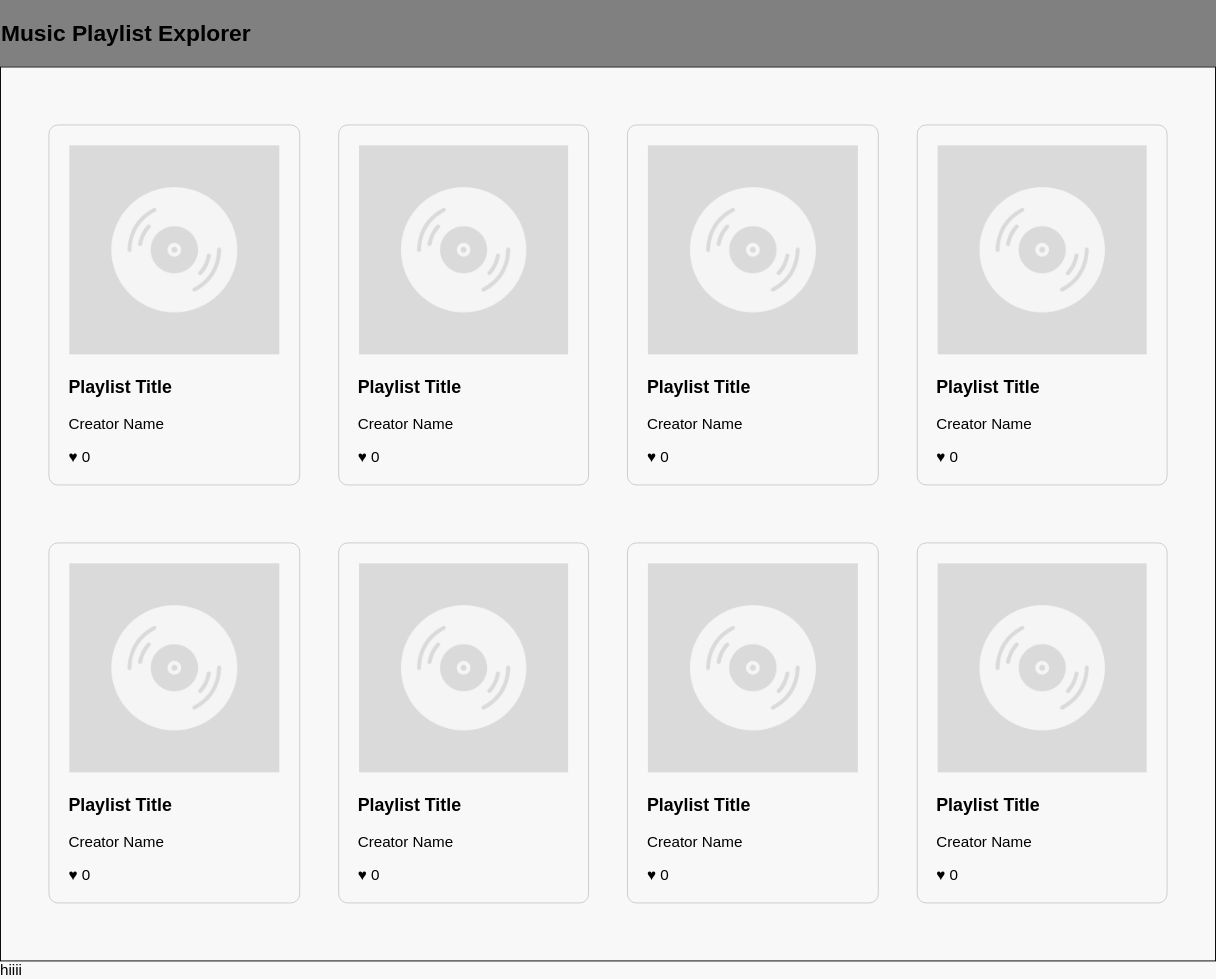
Repository: valentinaarojas/music-player-explorer
Page: index.html
The author's editor kept a copy of each file at every save. The page is drawn from the files as they stood at one save, then again after a run of saves.
The browser window is 1280 px wide. The pictures show the whole page, at 95% of full size.

Above is the page before, as saved 2025-02-19 16:25:29.
Console error: SyntaxError: Unexpected token '{'

### index.html
<!DOCTYPE html>
<html lang="en">
<head>
    <meta charset="UTF-8">
    <meta name="viewport" content="width=device-width, initial-scale=1.0">

    <title>Music Playlist Explorer</title>
    <link rel="icon" type="image/x-icon" href="/images/favicon.ico">

    <link rel="stylesheet" href="style.css">
</head>
<body>
    <header>
        <!-- Your header content here -->
        <div class="banner">
            <h2>Music Playlist Explorer</h2>
        </div>
    </header>

    <main>
        <!-- Your main content here -->
        <div class="playlist-cards">
            <!-- card 1 -->
            <div class="playlist-card">
                <div class="playlist-cover">
                    <img src="assets/img/playlist.png" alt="placeholder" style="width: 100%">
                </div>
                <div class="playlist-info">
                    <h3 class="playlist-title">Playlist Title</h3>
                    <p class="creator-info">Creator Name</p>
                    <div class="like-count">
                        <span>♥</span>
                        <span>0</span>
                    </div>
                </div>
            </div>
            <!-- card 2 -->
            <div class="playlist-card">
                <div class="playlist-cover">
                    <img src="assets/img/playlist.png" alt="placeholder" style="width: 100%">
                </div>
                <div class="playlist-info">
                    <h3 class="playlist-title">Playlist Title</h3>
                    <p class="creator-info">Creator Name</p>
                    <div class="like-count">
                        <span>♥</span>
                        <span>0</span>
                    </div>
                </div>
            </div>
            <!-- card 3 -->
            <div class="playlist-card">
                <div class="playlist-cover">
                    <img src="assets/img/playlist.png" alt="placeholder" style="width: 100%">
                </div>
                <div class="playlist-info">
                    <h3 class="playlist-title">Playlist Title</h3>
                    <p class="creator-info">Creator Name</p>
                    <div class="like-count">
                        <span>♥</span>
                        <span>0</span>
                    </div>
                </div>
            </div>
            <!-- card 4 -->
            <div class="playlist-card">
                <div class="playlist-cover">
                    <img src="assets/img/playlist.png" alt="placeholder" style="width: 100%">
                </div>
                <div class="playlist-info">
                    <h3 class="playlist-title">Playlist Title</h3>
                    <p class="creator-info">Creator Name</p>
                    <div class="like-count">
                        <span>♥</span>
                        <span>0</span>
                    </div>
                </div>
            </div>
            <!-- card 5 -->
            <div class="playlist-card">
                <div class="playlist-cover">
                    <img src="assets/img/playlist.png" alt="placeholder" style="width: 100%">
                </div>
                <div class="playlist-info">
                    <h3 class="playlist-title">Playlist Title</h3>
                    <p class="creator-info">Creator Name</p>
                    <div class="like-count">
                        <span>♥</span>
                        <span>0</span>
                    </div>
                </div>
            </div>
            <!-- card 6 -->
            <div class="playlist-card">
                <div class="playlist-cover">
                    <img src="assets/img/playlist.png" alt="placeholder" style="width: 100%">
                </div>
                <div class="playlist-info">
                    <h3 class="playlist-title">Playlist Title</h3>
                    <p class="creator-info">Creator Name</p>
                    <div class="like-count">
                        <span>♥</span>
                        <span>0</span>
                    </div>
                </div>
            </div>
             <!-- card 7 -->
             <div class="playlist-card">
                <div class="playlist-cover">
                    <img src="assets/img/playlist.png" alt="placeholder" style="width: 100%">
                </div>
                <div class="playlist-info">
                    <h3 class="playlist-title">Playlist Title</h3>
                    <p class="creator-info">Creator Name</p>
                    <div class="like-count">
                        <span>♥</span>
                        <span>0</span>
                    </div>
                </div>
            </div>
             <!-- card 8 -->
             <div class="playlist-card">
                <div class="playlist-cover">
                    <img src="assets/img/playlist.png" alt="placeholder" style="width: 100%">
                </div>
                <div class="playlist-info">
                    <h3 class="playlist-title">Playlist Title</h3>
                    <p class="creator-info">Creator Name</p>
                    <div class="like-count">
                        <span>♥</span>
                        <span>0</span>
                    </div>
                </div>
            </div>
        </div>
    </main>

    <footer>
        <!-- Your footer content here -->
        <div class="footer">
            hiiii
        </div>
    </footer>
    <script src="data/data.js"></script>
    <script src="script.js"></script>
</body>
</html>

### style.css
body {
    font-family: 'Arial', sans-serif;
    margin: 0;
    padding: 0;
    background-color: #f8f8f8;
}

.banner {
    background-color: grey;
    padding: 1px;
}

.playlist-cards {
    display: grid;
    grid-template-columns: repeat(4, 1fr);
    padding: 30px;
    border: 1px solid rgb(0, 0, 0);
}

.playlist-card {
    padding: 20px;
    margin: 30px 20px;
    border-radius: 10px;
    border: 1px solid #ccc;
}

.playlist-cover {
    padding: 1px;
}

### data/data.js
let data = { "playlists": [
    {
      "playlistID": 0,
      "playlist_name": "Late Night Drive",
      "playlist_creator": "Melody Maven",
      "playlist_art": "https://picsum.photos/id/36/200",
      "likeCount": 0,
      "songs": [
        {
          "songID": 0,
          "title": "Nightcall",
          "artist": "Kavinsky",
          "album": "Nightcall",
          "cover_art": "https://picsum.photos/id/43/200",
          "duration": "4:18"
        },
        {
          "songID": 1,
          "title": "Drive",
          "artist": "The Cars",
          "album": "Heartbeat City",
          "cover_art": "https://picsum.photos/id/45/200",
          "duration": "3:55"
        },
        {
          "songID": 2,
          "title": "Cruisin'",
          "artist": "Smokey Robinson",
          "album": "One Heartbeat",
          "cover_art": "https://picsum.photos/id/88/200",
          "duration": "4:30"
        },
        {
          "songID": 3,
          "title": "Night Moves",
          "artist": "Bob Seger",
          "album": "Night Moves",
          "cover_art": "https://picsum.photos/id/84/200",
          "duration": "5:25"
        },
        {
          "songID": 4,
          "title": "Moonlight Drive",
          "artist": "The Doors",
          "album": "Strange Days",
          "cover_art": "https://picsum.photos/id/122/200",
          "duration": "3:04"
        }
      ]
    },
    {
      "playlistID": 1,
      "playlist_name": "That Summer '16 Feeling",
      "playlist_creator": "Groove Guardian",
      "playlist_art": "https://picsum.photos/id/117/200",
      "likeCount": 10,
      "songs": [
        {
          "songID": 5,
          "title": "One Dance",
          "artist": "Drake",
          "album": "Views",
          "cover_art": "https://picsum.photos/id/21/200",
          "duration": "2:53"
        },
        {
          "songID": 6,
          "title": "Cheap Thrills",
          "artist": "Sia",
          "album": "This Is Acting",
          "cover_art": "https://picsum.photos/id/56/200",
          "duration": "3:31"
        },
        {
          "songID": 7,
          "title": "Don't Let Me Down",
          "artist": "The Chainsmokers ft. Daya",
          "album": "Collage",
          "cover_art": "https://picsum.photos/id/145/200",
          "duration": "3:28"
        },
        {
          "songID": 8,
          "title": "This Is What You Came For",
          "artist": "Calvin Harris ft. Rihanna",
          "album": "This Is What You Came For",
          "cover_art": "https://picsum.photos/id/160/200",
          "duration": "3:42"
        },
        {
          "songID": 9,
          "title": "Ride",
          "artist": "Twenty One Pilots",
          "album": "Blurryface",
          "cover_art": "https://picsum.photos/id/133/200",
          "duration": "3:34"
        }
      ]
    },
    {
      "playlistID": 2,
      "playlist_name": "Workout Beats",
      "playlist_creator": "Harmony Herald",
      "playlist_art": "https://picsum.photos/id/1077/200",
      "likeCount": 2,
      "songs": [
        {
          "songID": 10,
          "title": "Eye of the Tiger",
          "artist": "Survivor",
          "album": "Eye of the Tiger",
          "cover_art": "https://picsum.photos/id/593/200",
          "duration": "4:05"
        },
        {
          "songID": 11,
          "title": "Stronger",
          "artist": "Kanye West",
          "album": "Graduation",
          "cover_art": "https://picsum.photos/id/169/200",
          "duration": "5:12"
        },
        {
          "songID": 12,
          "title": "Lose Yourself",
          "artist": "Eminem",
          "album": "8 Mile Soundtrack",
          "cover_art": "https://picsum.photos/id/171/200",
          "duration": "5:26"
        },
        {
          "songID": 13,
          "title": "Uptown Funk",
          "artist": "Mark Ronson ft. Bruno Mars",
          "album": "Uptown Special",
          "cover_art": "https://picsum.photos/id/274/200",
          "duration": "4:30"
        },
        {
          "songID": 14,
          "title": "Can't Stop the Feeling!",
          "artist": "Justin Timberlake",
          "album": "Trolls (Original Motion Picture Soundtrack)",
          "cover_art": "https://picsum.photos/id/304/200",
          "duration": "3:56"
        }
      ]
    },
    {
      "playlistID": 3,
      "playlist_name": "Road Trip Anthems",
      "playlist_creator": "Playlist Pioneer",
      "playlist_art": "https://picsum.photos/id/314/200",
      "likeCount": 5,
      "songs": [
        {
          "songID": 15,
          "title": "Life Is a Highway",
          "artist": "Tom Cochrane",
          "album": "Mad Mad World",
          "cover_art": "https://picsum.photos/id/352/200",
          "duration": "4:26"
        },
        {
          "songID": 16,
          "title": "Born to Run",
          "artist": "Bruce Springsteen",
          "album": "Born to Run",
          "cover_art": "https://picsum.photos/id/361/200",
          "duration": "4:30"
        },
        {
          "songID": 17,
          "title": "Take It Easy",
          "artist": "Eagles",
          "album": "Eagles",
          "cover_art": "https://picsum.photos/id/365/200",
          "duration": "3:31"
        },
        {
          "songID": 18,
          "title": "Route 66",
          "artist": "Chuck Berry",
          "album": "Get Your Kicks on Route 66",
          "cover_art": "https://picsum.photos/id/371/200",
          "duration": "2:53"
        },
        {
          "songID": 19,
          "title": "On the Road Again",
          "artist": "Willie Nelson",
          "album": "Honeysuckle Rose",
          "cover_art": "https://picsum.photos/id/382/200",
          "duration": "2:33"
        }
      ]
    },
    {
      "playlistID": 4,
      "playlist_name": "Boss Chick Energy",
      "playlist_creator": "Tempo Tactician",
      "playlist_art": "https://picsum.photos/id/449/200",
      "likeCount": 0,
      "songs": [
        {
          "songID": 20,
          "title": "Run the World (Girls)",
          "artist": "Beyoncé",
          "album": "4",
          "cover_art": "https://picsum.photos/id/550/200",
          "duration": "3:56"
        },
        {
          "songID": 21,
          "title": "I'm Every Woman",
          "artist": "Chaka Khan",
          "album": "Chaka",
          "cover_art": "https://picsum.photos/id/646/200",
          "duration": "4:07"
        },
        {
          "songID": 22,
          "title": "Independent Women, Pt. 1",
          "artist": "Destiny's Child",
          "album": "Survivor",
          "cover_art": "https://picsum.photos/id/660/200",
          "duration": "3:41"
        },
        {
          "songID": 23,
          "title": "Confident",
          "artist": "Demi Lovato",
          "album": "Confident",
          "cover_art": "https://picsum.photos/id/680/200",
          "duration": "3:25"
        },
        {
          "songID": 24,
          "title": "Feeling Myself",
          "artist": "Nicki Minaj ft. Beyoncé",
          "album": "The Pinkprint",
          "cover_art": "https://picsum.photos/id/822/200",
          "duration": "3:57"
        }
      ]
    },
    {
      "playlistID": 5,
      "playlist_name": "Rainy Nights",
      "playlist_creator": "Sonic Sage",
      "playlist_art": "https://picsum.photos/id/115/200",
      "likeCount": 24,
      "songs": [
        {
          "songID": 25,
          "title": "Purple Rain",
          "artist": "Prince",
          "album": "Purple Rain",
          "cover_art": "https://picsum.photos/id/123/200",
          "duration": "8:41"
        },
        {
          "songID": 26,
          "title": "November Rain",
          "artist": "Guns N' Roses",
          "album": "Use Your Illusion I",
          "cover_art": "https://picsum.photos/id/171/200",
          "duration": "8:57"
        },
        {
          "songID": 27,
          "title": "Riders on the Storm",
          "artist": "The Doors",
          "album": "L.A. Woman",
          "cover_art": "https://picsum.photos/id/172/200",
          "duration": "7:14"
        },
        {
          "songID": 28,
          "title": "I Can't Stand the Rain",
          "artist": "Ann Peebles",
          "album": "I Can't Stand the Rain",
          "cover_art": "https://picsum.photos/id/178/200",
          "duration": "2:31"
        },
        {
          "songID": 29,
          "title": "Set Fire to the Rain",
          "artist": "Adele",
          "album": "21",
          "cover_art": "https://picsum.photos/id/680/200",
          "duration": "4:02"
        }
      ]
    },
    {
      "playlistID": 6,
      "playlist_name": "90's R&B",
      "playlist_creator": "Vinyl Virtuoso",
      "playlist_art": "https://picsum.photos/id/815/200",
      "likeCount": 3,
      "songs": [
        {
          "songID": 30,
          "title": "No Diggity",
          "artist": "Blackstreet ft. Dr. Dre",
          "album": "Another Level",
          "cover_art": "https://picsum.photos/id/856/200",
          "duration": "5:06"
        },
        {
          "songID": 31,
          "title": "Waterfalls",
          "artist": "TLC",
          "album": "CrazySexyCool",
          "cover_art": "https://picsum.photos/id/871/200",
          "duration": "4:39"
        },
        {
          "songID": 32,
          "title": "Creep",
          "artist": "TLC",
          "album": "CrazySexyCool",
          "cover_art": "https://picsum.photos/id/891/200",
          "duration": "4:29"
        },
        {
          "songID": 33,
          "title": "On Bended Knee",
          "artist": "Boyz II Men",
          "album": "II",
          "cover_art": "https://picsum.photos/id/1013/200",
          "duration": "4:05"
        },
        {
          "songID": 34,
          "title": "Fantasy",
          "artist": "Mariah Carey",
          "album": "Daydream",
          "cover_art": "https://picsum.photos/id/1014/200",
          "duration": "4:04"
        }
      ]
    },
    {
      "playlistID": 7,
      "playlist_name": "Nothing But The Classics",
      "playlist_creator": "Melody Maven",
      "playlist_art": "https://picsum.photos/id/22/200",
      "likeCount": 3,
      "songs": [
        {
          "songID": 35,
          "title": "Bohemian Rhapsody",
          "artist": "Queen",
          "album": "A Night at the Opera",
          "cover_art": "https://picsum.photos/id/39/200",
          "duration": "5:55"
        },
        {
          "songID": 36,
          "title": "Hotel California",
          "artist": "Eagles",
          "album": "Hotel California",
          "cover_art": "https://picsum.photos/id/57/200",
          "duration": "6:30"
        },
        {
          "songID": 37,
          "title": "Stairway to Heaven",
          "artist": "Led Zeppelin",
          "album": "Led Zeppelin IV",
          "cover_art": "https://picsum.photos/id/221/200",
          "duration": "8:02"
        },
        {
          "songID": 38,
          "title": "Sweet Child o' Mine",
          "artist": "Guns N' Roses",
          "album": "Appetite for Destruction",
          "cover_art": "https://picsum.photos/id/822/200",
          "duration": "5:55"
        },
        {
          "songID": 39,
          "title": "Imagine",
          "artist": "John Lennon",
          "album": "Imagine",
          "cover_art": "https://picsum.photos/id/823/200",
          "duration": "3:04"
        }
      ]
    },
    {
      "playlistID": 8,
      "playlist_name": "Ohh That Baseline",
      "playlist_creator": "Bassline Buddy",
      "playlist_art": "https://picsum.photos/id/836/200",
      "likeCount": 0,
      "songs": [
        {
          "songID": 40,
          "title": "Another One Bites the Dust",
          "artist": "Queen",
          "album": "The Game",
          "cover_art": "https://picsum.photos/id/839/200",
          "duration": "3:36"
        },
        {
          "songID": 41,
          "title": "Billie Jean",
          "artist": "Michael Jackson",
          "album": "Thriller",
          "cover_art": "https://picsum.photos/id/903/200",
          "duration": "4:54"
        },
        {
          "songID": 42,
          "title": "Superstition",
          "artist": "Stevie Wonder",
          "album": "Talking Book",
          "cover_art": "https://picsum.photos/id/978/200",
          "duration": "4:26"
        },
        {
          "songID": 43,
          "title": "Smooth Criminal",
          "artist": "Michael Jackson",
          "album": "Bad",
          "cover_art": "https://picsum.photos/id/1004/200",
          "duration": "4:17"
        },
        {
          "songID": 44,
          "title": "Money for Nothing",
          "artist": "Dire Straits",
          "album": "Brothers in Arms",
          "cover_art": "https://picsum.photos/id/1025/200",
          "duration": "8:26"
        }
      ]
    }
  ]
}

### script.js
body {
    font-family: 'Arial', sans-serif;
    margin: 0;
    padding: 0;
    background-color: #f8f8f8;
}

After the next 4 saves:
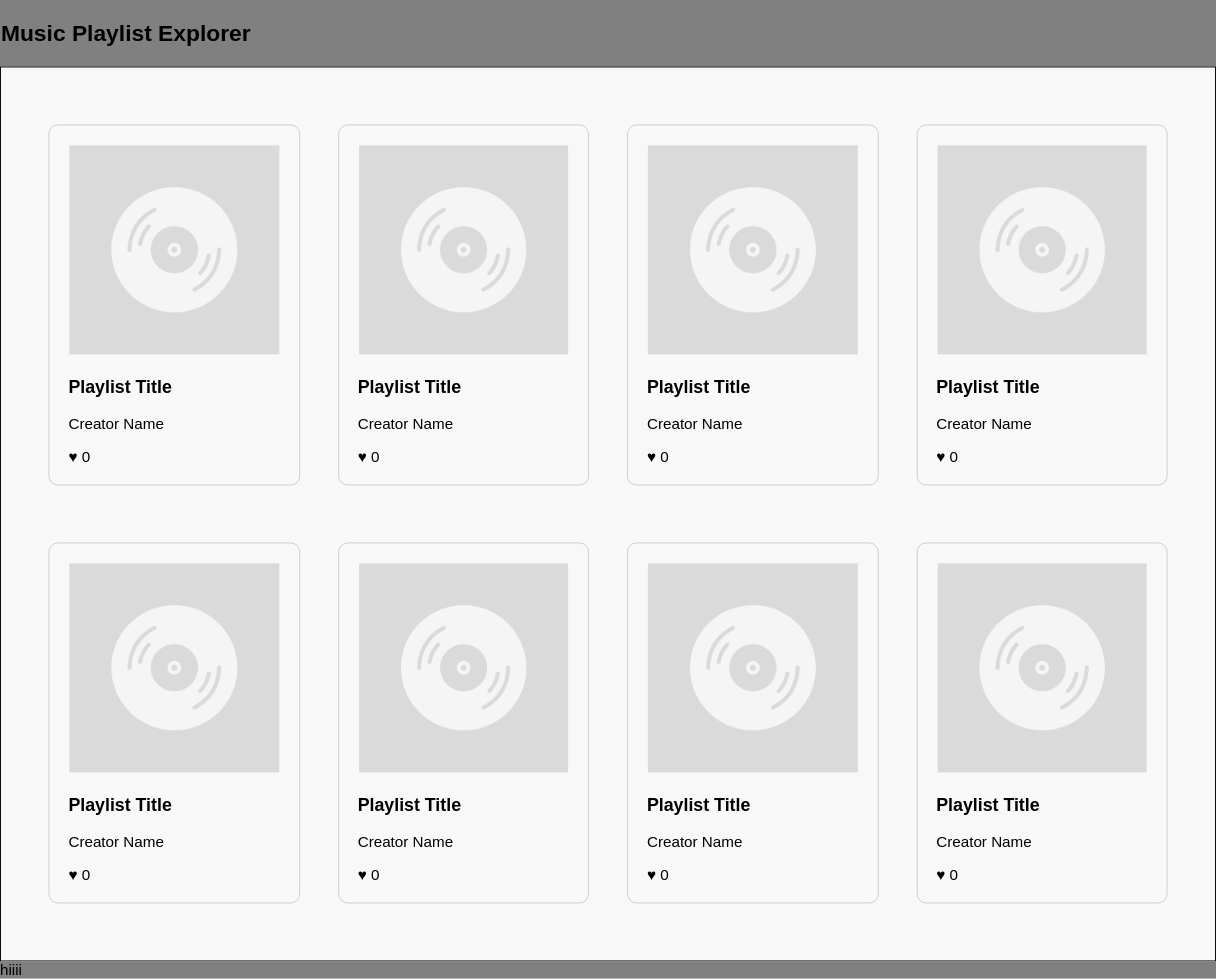
The 4 saves are shown as one change because they came seconds apart.
The last was saved 21 s later.
--- a/style.css
+++ b/style.css
@@ -27,3 +27,7 @@ body {
 .playlist-cover {
     padding: 1px;
 }
+
+.footer {
+    background-color: grey;
+}
